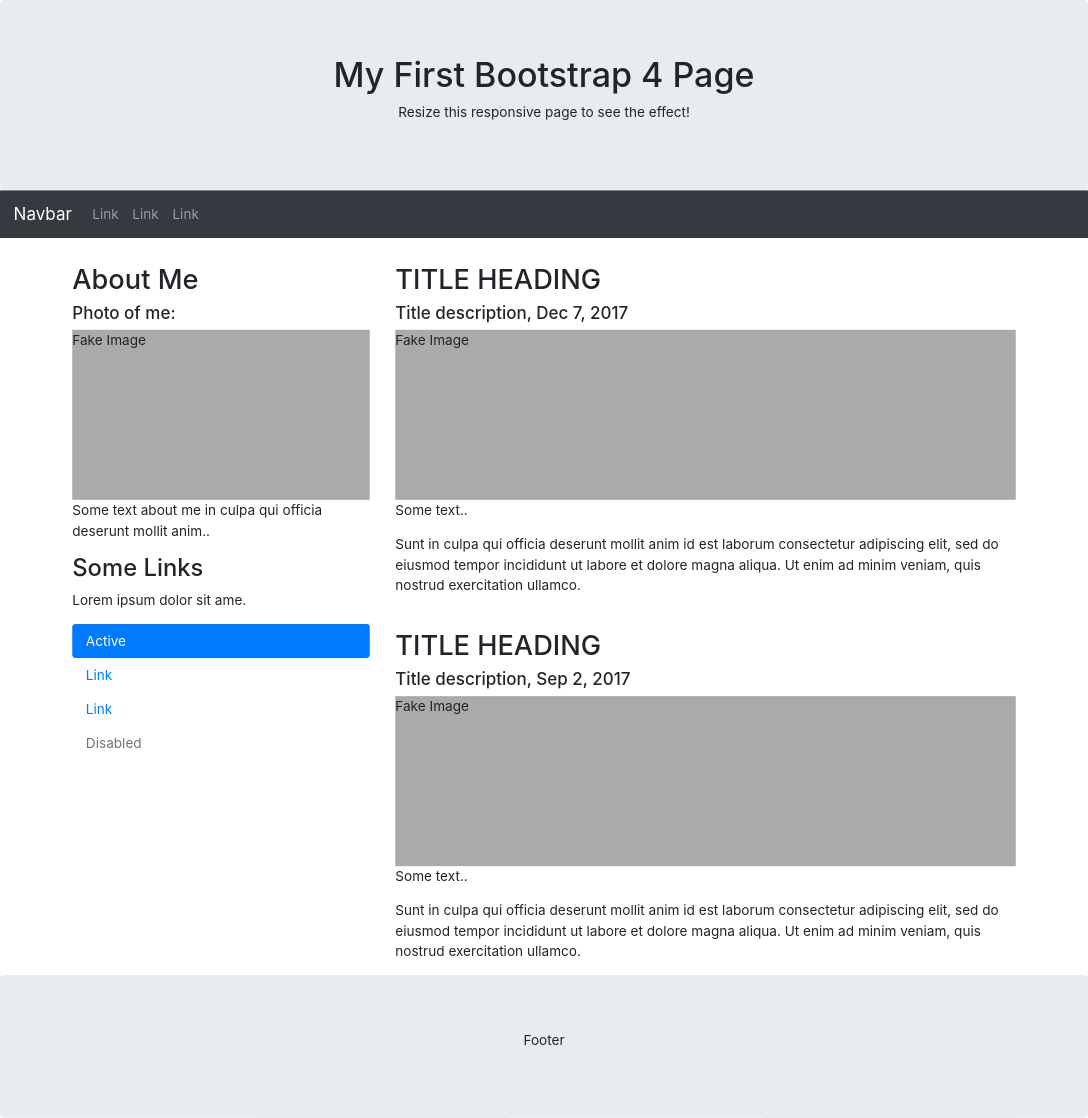
Repository: GunWoo-Kim0612/blog_project_study_review
Page: http://localhost/demo/WEB-INF/views/index.jsp
An editor plug-in stored every save of this project. The page is shown before and after the next save, followed by the edit.
The browser window is 1280 px wide. The pictures show the whole page, at 85% of full size.
The page is served by Tomcat 9. Nobody is signed in. Other server files are loaded and not shown. The template is opened directly, without the code that normally fills it, so the values that code supplies are empty.

Above is the page before, as saved 2023-01-31 07:37:38.

### demo/src/main/webapp/WEB-INF/views/index.jsp
<!DOCTYPE html>
<html lang="en">
<head>
  <title>Bootstrap 4 Website Example</title>
  <meta charset="utf-8">
  <meta name="viewport" content="width=device-width, initial-scale=1">
  <link rel="stylesheet" href="https://cdn.jsdelivr.net/npm/bootstrap@4.6.2/dist/css/bootstrap.min.css">
  <script src="https://cdn.jsdelivr.net/npm/jquery@3.6.1/dist/jquery.slim.min.js"></script>
  <script src="https://cdn.jsdelivr.net/npm/popper.js@1.16.1/dist/umd/popper.min.js"></script>
  <script src="https://cdn.jsdelivr.net/npm/bootstrap@4.6.2/dist/js/bootstrap.bundle.min.js"></script>
  <style>
  .fakeimg {
    height: 200px;
    background: #aaa;
  }
  </style>
</head>
<body>

<div class="jumbotron text-center" style="margin-bottom:0">
  <h1>My First Bootstrap 4 Page</h1>
  <p>Resize this responsive page to see the effect!</p>
</div>

<nav class="navbar navbar-expand-sm bg-dark navbar-dark">
  <a class="navbar-brand" href="#">Navbar</a>
  <button class="navbar-toggler" type="button" data-toggle="collapse" data-target="#collapsibleNavbar">
    <span class="navbar-toggler-icon"></span>
  </button>
  <div class="collapse navbar-collapse" id="collapsibleNavbar">
    <ul class="navbar-nav">
      <li class="nav-item">
        <a class="nav-link" href="#">Link</a>
      </li>
      <li class="nav-item">
        <a class="nav-link" href="#">Link</a>
      </li>
      <li class="nav-item">
        <a class="nav-link" href="#">Link</a>
      </li>
    </ul>
  </div>
</nav>

<div class="container" style="margin-top:30px">
  <div class="row">
    <div class="col-sm-4">
      <h2>About Me</h2>
      <h5>Photo of me:</h5>
      <div class="fakeimg">Fake Image</div>
      <p>Some text about me in culpa qui officia deserunt mollit anim..</p>
      <h3>Some Links</h3>
      <p>Lorem ipsum dolor sit ame.</p>
      <ul class="nav nav-pills flex-column">
        <li class="nav-item">
          <a class="nav-link active" href="#">Active</a>
        </li>
        <li class="nav-item">
          <a class="nav-link" href="#">Link</a>
        </li>
        <li class="nav-item">
          <a class="nav-link" href="#">Link</a>
        </li>
        <li class="nav-item">
          <a class="nav-link disabled" href="#">Disabled</a>
        </li>
      </ul>
      <hr class="d-sm-none">
    </div>
    <div class="col-sm-8">
      <h2>TITLE HEADING</h2>
      <h5>Title description, Dec 7, 2017</h5>
      <div class="fakeimg">Fake Image</div>
      <p>Some text..</p>
      <p>Sunt in culpa qui officia deserunt mollit anim id est laborum consectetur adipiscing elit, sed do eiusmod tempor incididunt ut labore et dolore magna aliqua. Ut enim ad minim veniam, quis nostrud exercitation ullamco.</p>
      <br>
      <h2>TITLE HEADING</h2>
      <h5>Title description, Sep 2, 2017</h5>
      <div class="fakeimg">Fake Image</div>
      <p>Some text..</p>
      <p>Sunt in culpa qui officia deserunt mollit anim id est laborum consectetur adipiscing elit, sed do eiusmod tempor incididunt ut labore et dolore magna aliqua. Ut enim ad minim veniam, quis nostrud exercitation ullamco.</p>
    </div>
  </div>
</div>

<div class="jumbotron text-center" style="margin-bottom:0">
  <p>Footer</p>
</div>

</body>
</html>

After the next save:
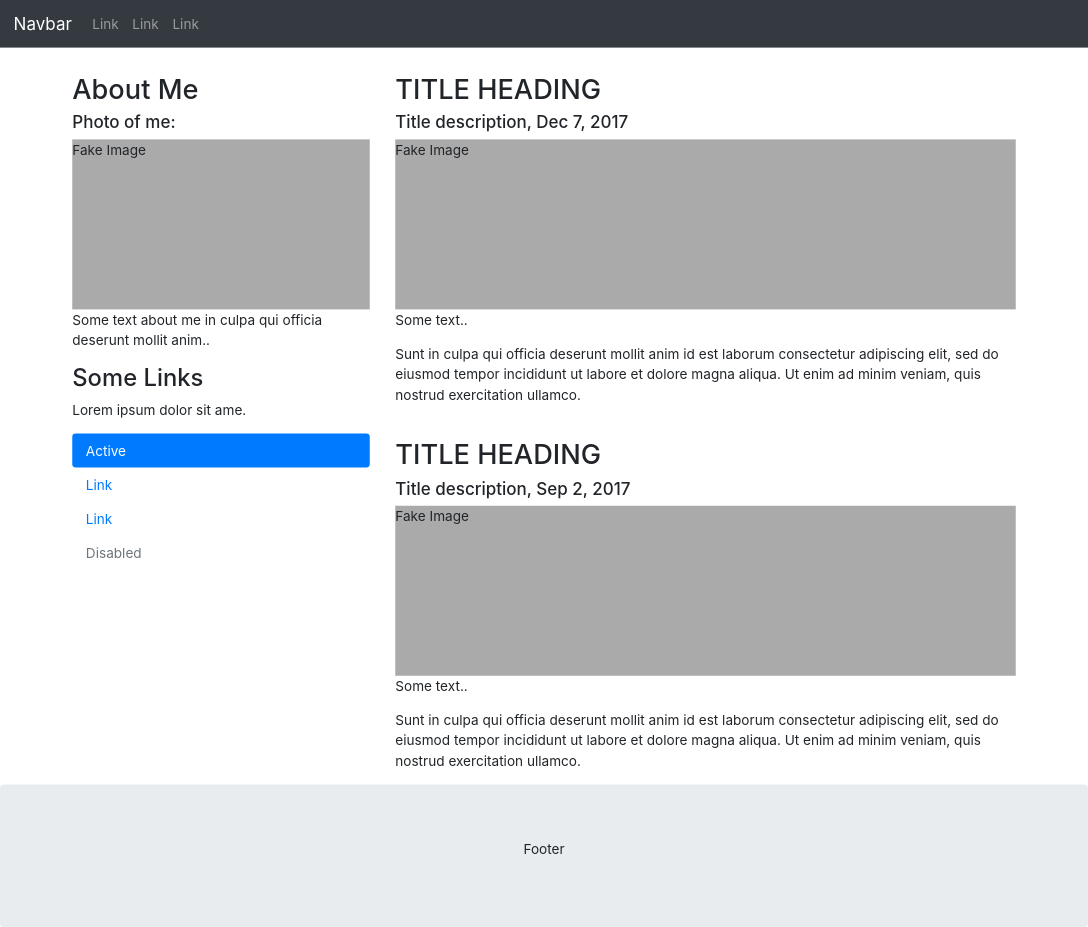
Saved 55 s later.
--- a/demo/src/main/webapp/WEB-INF/views/index.jsp
+++ b/demo/src/main/webapp/WEB-INF/views/index.jsp
@@ -16,11 +16,6 @@
   </style>
 </head>
 <body>
-
-<div class="jumbotron text-center" style="margin-bottom:0">
-  <h1>My First Bootstrap 4 Page</h1>
-  <p>Resize this responsive page to see the effect!</p>
-</div>
 
 <nav class="navbar navbar-expand-sm bg-dark navbar-dark">
   <a class="navbar-brand" href="#">Navbar</a>

After the save that followed:
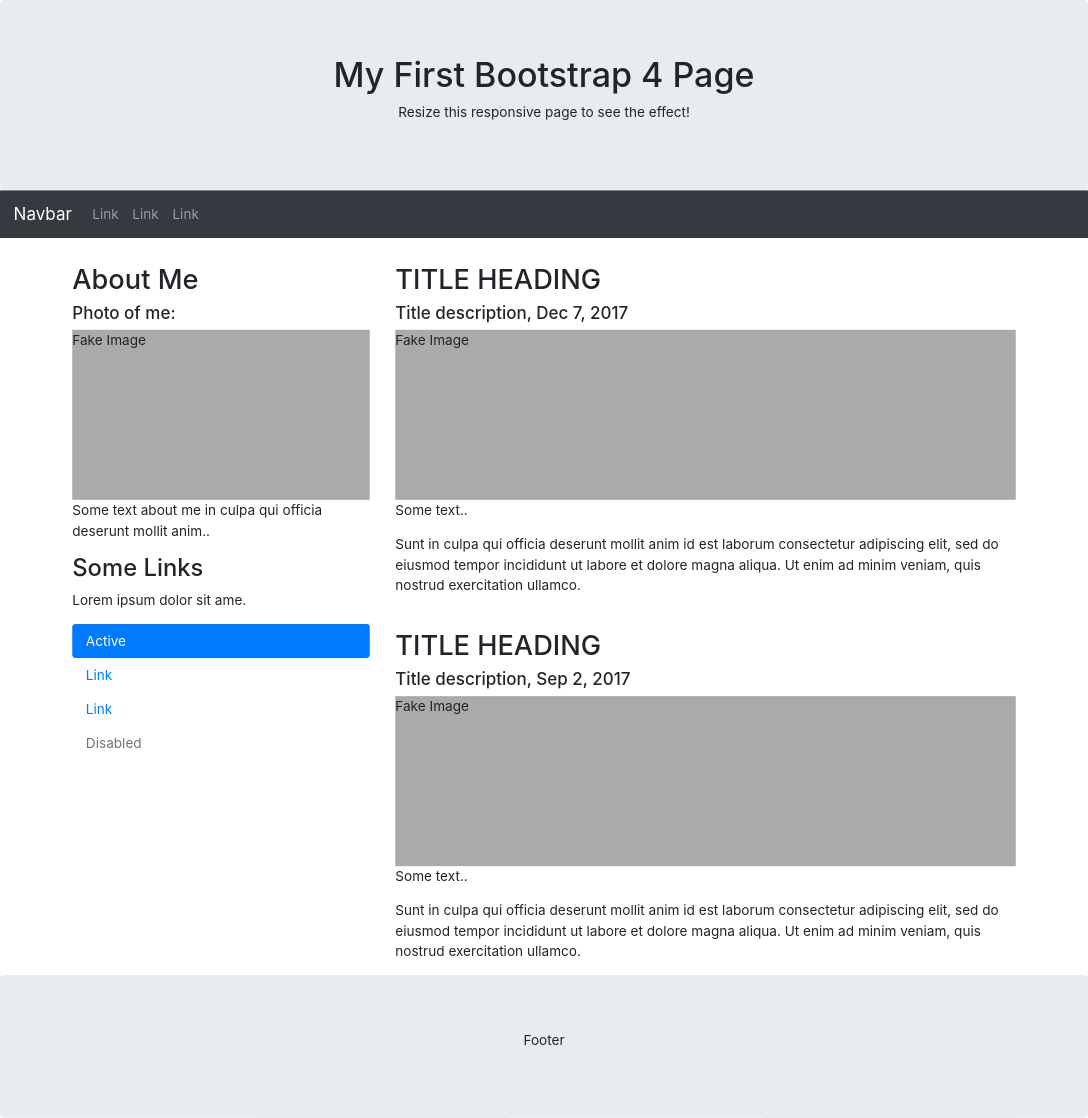
Saved 8 s later.
--- a/demo/src/main/webapp/WEB-INF/views/index.jsp
+++ b/demo/src/main/webapp/WEB-INF/views/index.jsp
@@ -16,6 +16,11 @@
   </style>
 </head>
 <body>
+
+<div class="jumbotron text-center" style="margin-bottom:0">
+  <h1>My First Bootstrap 4 Page</h1>
+  <p>Resize this responsive page to see the effect!</p>
+</div>
 
 <nav class="navbar navbar-expand-sm bg-dark navbar-dark">
   <a class="navbar-brand" href="#">Navbar</a>
